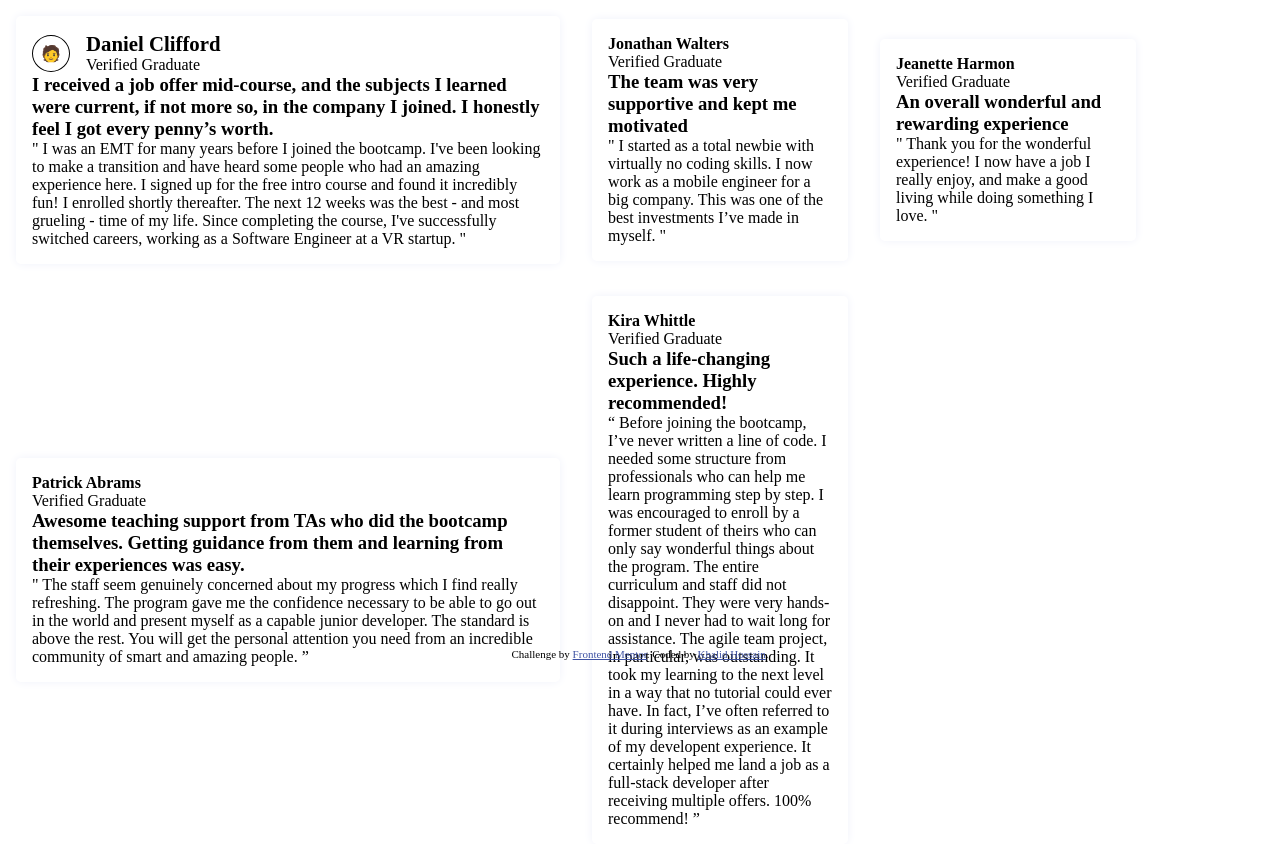
Repository: badhon252/Testimonials-Grid-Section
Page: index.html
An editor plug-in stored every save of this project. The page is shown before and after the next save, followed by the edit.
The browser window is 1280 px wide. The pictures show the whole page.

Above is the page before, as saved 2023-02-18 15:57:58.

After the next save:
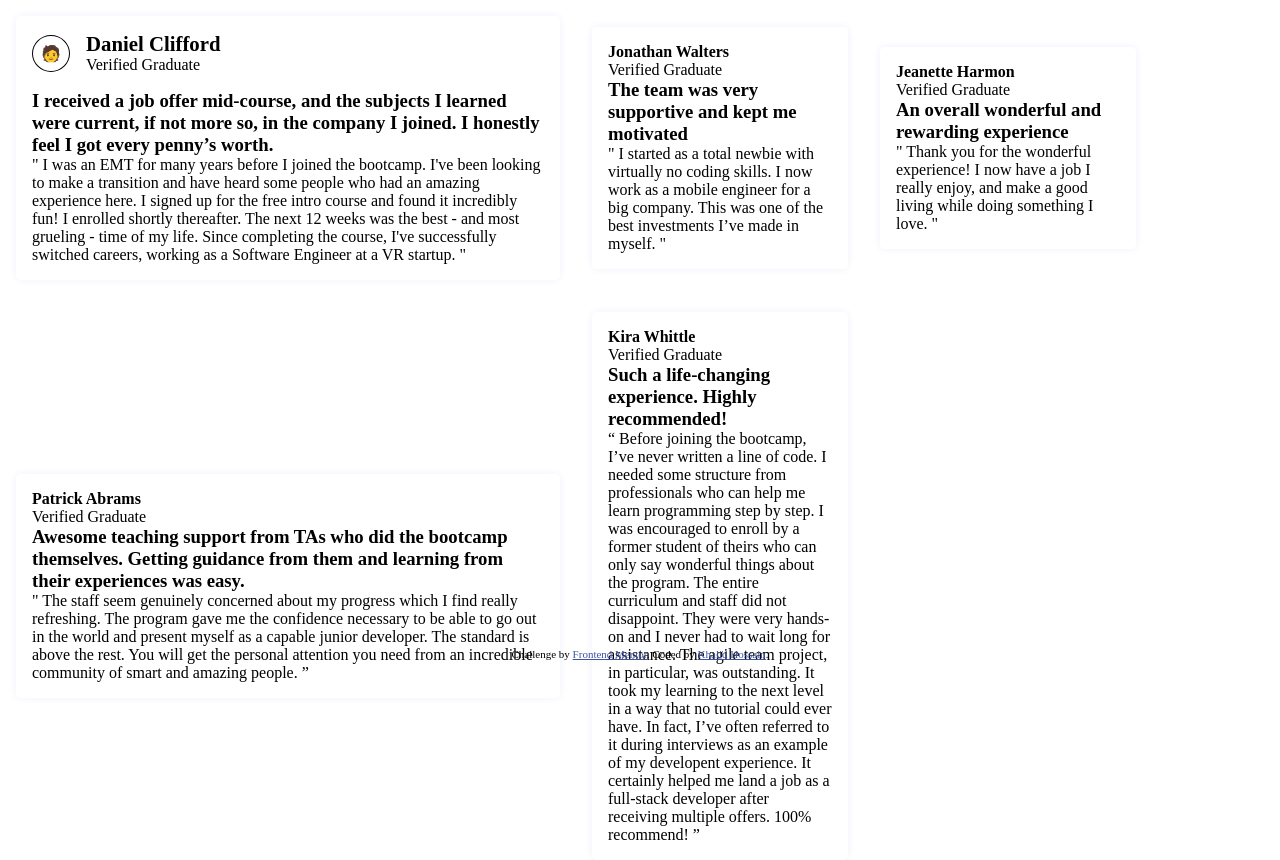
Saved 5 s later.
--- a/css/style.css
+++ b/css/style.css
@@ -25,7 +25,7 @@ body {
 .heading {
     display: flex;
     align-items: center;
-    padding: 0 0 0;
+    padding: 0 0 1rem 0;
 }
 
 .img-fluid {
